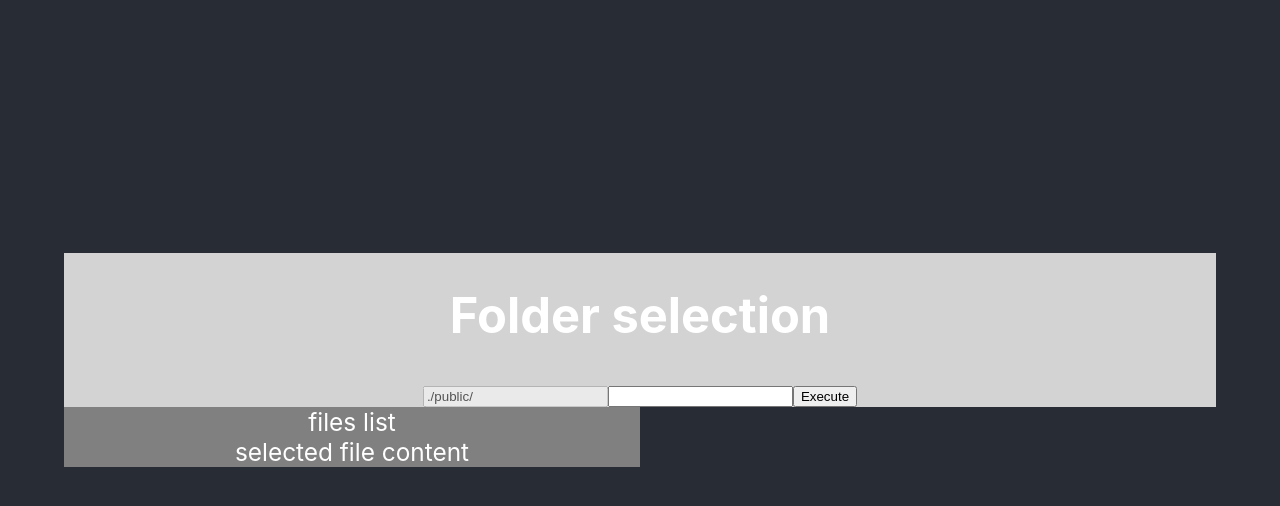
Repository: idubi/DevopsCourse
Page: / (app in lesson03/assignment/client/)
The author's editor kept a copy of each file at every save. The page is drawn from the files as they stood at one save, then again after the next save.
The browser window is 1280 px wide. The pictures show the whole page.
The project was rebuilt for these pictures with package versions that can differ from the ones it lists, and the page was loaded fresh each time.

Above is the page before, as saved 2023-06-15 03:06:04.

### lesson03/assignment/client/src/App.js
import "./App.css";
import "./components/FilesBrowser";
import FileBrowser from "./components/FilesBrowser";
import styled from "styled-components";

function App() {
  return (
    <Container className="App">
      <header className="App-header">
        <FileBrowser></FileBrowser>
      </header>
    </Container>
  );
}

const Container = styled.div`
  display: flex;
  flex-direction: column;
  height: 100%;
  width: 100%;
`;

export default App;

### lesson03/assignment/client/src/components/FilesBrowser.js
import React, { useState } from "react";
import styled from "styled-components";
function FileBrowser() {
  const [path, setPath] = useState("");
  // const [response, setResponse] = useState("");

  const handlePathChange = (event) => {
    setPath(event.target.value);
  };

  const handleExecute = () => {
    //   fetch(path)
    //     .then((response) => response.json())
    //     .then((data) => setResponse(JSON.stringify(data)))
    //     .catch((error) => console.error("Error:", error));
  };

  return (
    <Container>
      <Upper>
        <h1>Folder selection</h1>
        <input type="text" value="./public/" disabled />
        <input type="text" value={path} onChange={handlePathChange} />
        <button onClick={handleExecute}>Execute</button>
      </Upper>
      <Lower>
        <LowerDiv>files list</LowerDiv>
        <LowerDiv>selected file content</LowerDiv>
      </Lower>
    </Container>
  );
}

const Container = styled.div`
  display: flex;
  flex-direction: column;
  height: 90%;
  width: 90%;
`;

const Upper = styled.div`
  height: 30%;
  background-color: lightgrey;
`;

const Lower = styled.div`
  display : flex
  flex-direction:row ;
  height: 70%;
`;

const LowerDiv = styled.div`
  width: 50%;
  height: 100%;
  background-color: gray;
`;

export default FileBrowser;

Loaded but not shown: lesson03/assignment/client/public/index.html (common file); lesson03/assignment/client/src/index.js (common file); lesson03/assignment/client/src/index.css (common file); lesson03/assignment/client/src/reportWebVitals.js (common file); lesson03/assignment/client/src/App.css (common file)

After the next save:
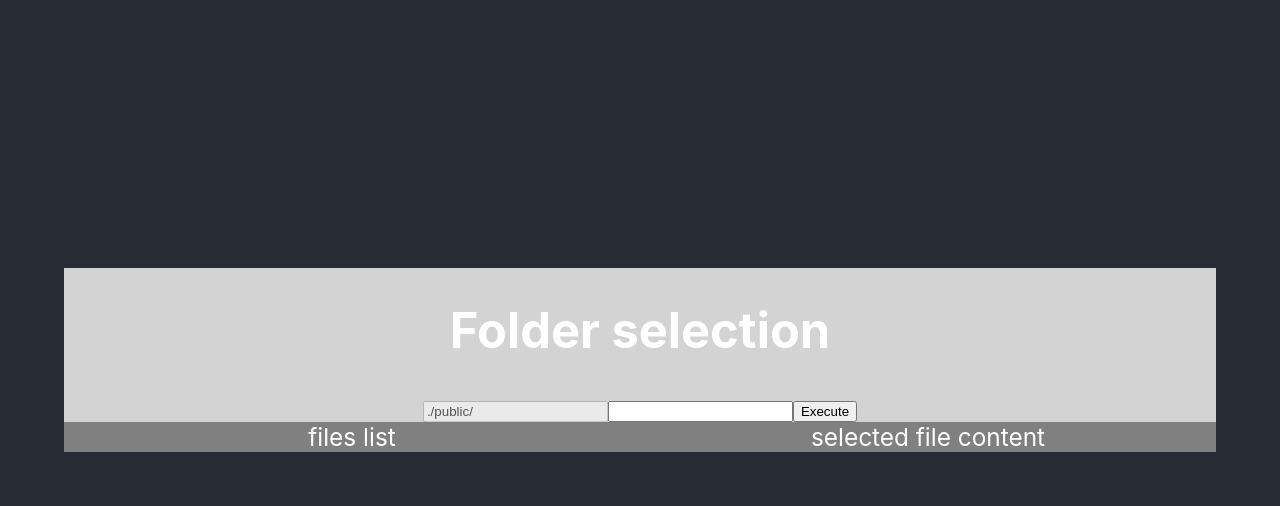
Saved 5 s later.
--- a/lesson03/assignment/client/src/components/FilesBrowser.js
+++ b/lesson03/assignment/client/src/components/FilesBrowser.js
@@ -44,8 +44,8 @@ const Upper = styled.div`
 `;
 
 const Lower = styled.div`
-  display : flex
-  flex-direction:row ;
+  display: flex;
+  flex-direction: row;
   height: 70%;
 `;
 
